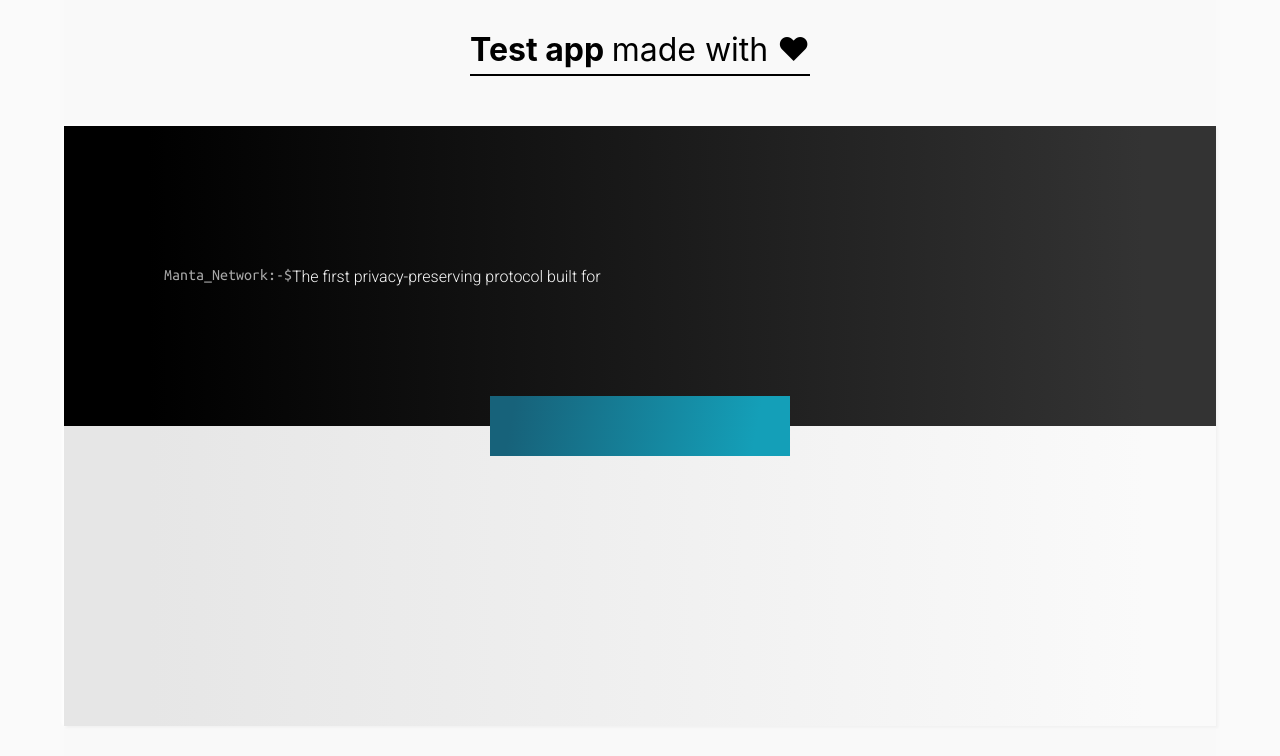
Repository: Khattak01/test-app
Page: /
An editor plug-in stored every save of this project. The page is shown before and after the next save, followed by the edit.
The browser window is 1280 px wide. The pictures show the whole page.
The project was rebuilt for these pictures with package versions that can differ from the ones it lists, and the page was loaded fresh each time.

Above is the page before, as saved 2021-05-12 08:19:43.

After the next save:
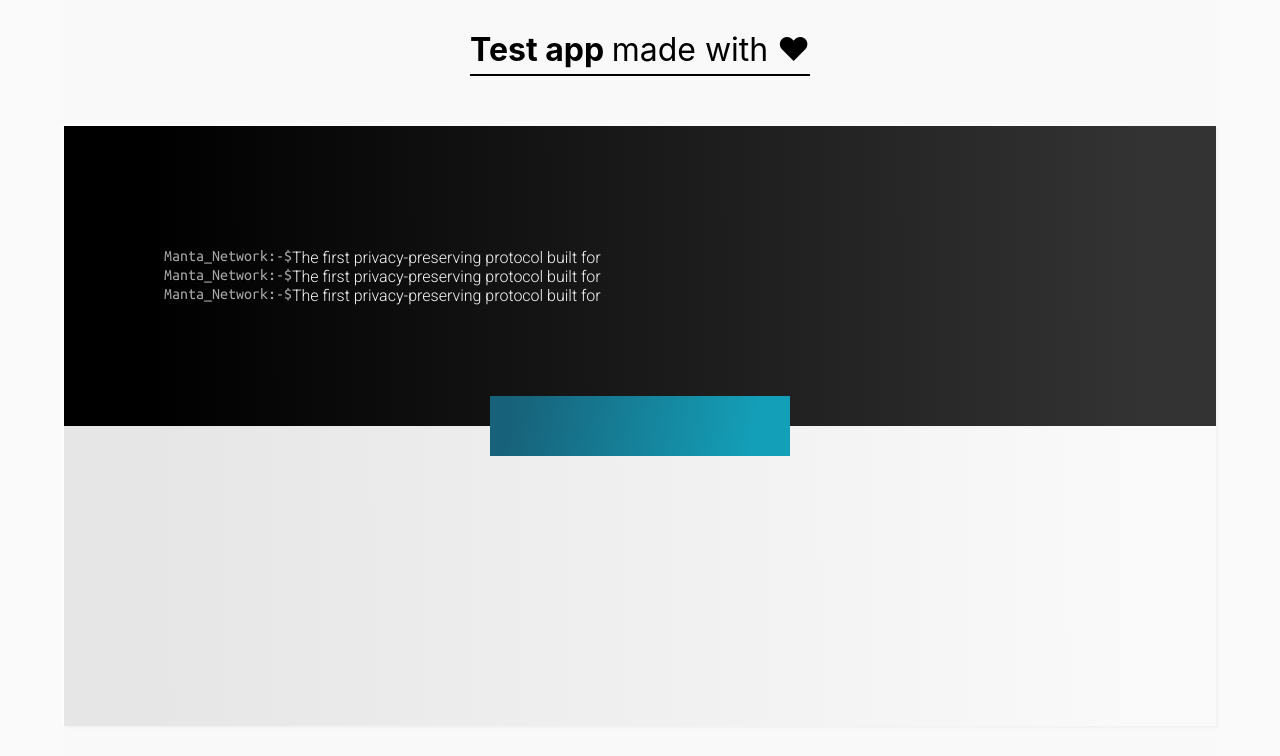
Saved 11 s later.
--- a/src/components/banner/Banner.js
+++ b/src/components/banner/Banner.js
@@ -11,7 +11,14 @@
             <button className={classes.banner__btn}>Button</button> */}
             <div className={classes.banner__top}>
                 <div className={classes.text_box}>
-
+                    <h4 className="heading">Manta_Network:-$</h4>
+                    <p className='text'>The first privacy-preserving protocol built for</p>
+                </div>
+                <div className={classes.text_box}>
+                    <h4 className="heading">Manta_Network:-$</h4>
+                    <p className='text'>The first privacy-preserving protocol built for</p>
+                </div>
+                <div className={classes.text_box}>
                     <h4 className="heading">Manta_Network:-$</h4>
                     <p className='text'>The first privacy-preserving protocol built for</p>
                 </div>
